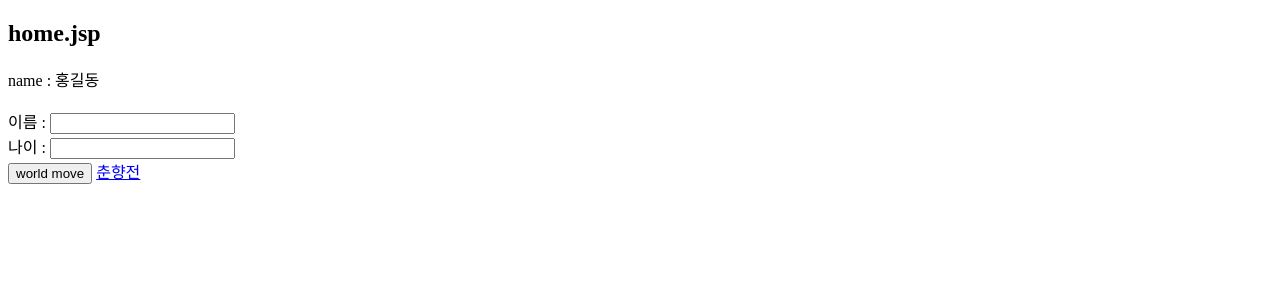
Repository: SanBu599/springFrameWorktest
Page: http://localhost/springSample2/home.do
These files come from the project's save history. The page is drawn as it stood at one moment and after the next save; the edit follows.
The browser window is 1280 px wide. The pictures show the whole page.
The page is served by Tomcat 9. Other server files are loaded and not shown.

Above is the page before, as saved 2023-07-11 05:43:47.

### springSample2/src/main/webapp/WEB-INF/views/home.jsp
<%@ page language="java" contentType="text/html; charset=UTF-8"
    pageEncoding="UTF-8"%>
<!DOCTYPE html>
<html>
<head>
<meta charset="UTF-8">
<title>Insert title here</title>
</head>
<body>
<h2>home.jsp</h2>


<%
	String name = (String)request.getAttribute("name");
%>
name : <%=name %>

<br><br>

<form action="world.do" method="post">
이름 : <input type="text" name="name"><br>
나이 : <input type="text" name="age"><br>
<input type="submit" value="world move">

<a href = "world.do?name="성춘향&age=16">춘향전</a>

<!--
	<a

	location.href
-->

</form>
</body>
</html>

After the next save:
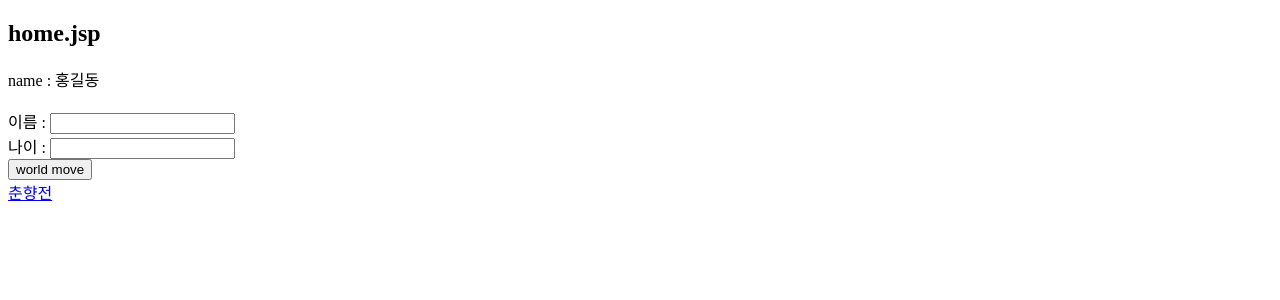
Saved 37 s later.
--- a/springSample2/src/main/webapp/WEB-INF/views/home.jsp
+++ b/springSample2/src/main/webapp/WEB-INF/views/home.jsp
@@ -22,7 +22,7 @@
 나이 : <input type="text" name="age"><br>
 <input type="submit" value="world move">
 
-<a href = "world.do?name="성춘향&age=16">춘향전</a>
+
 
 <!--
 	<a
@@ -31,5 +31,7 @@
 -->
 
 </form>
+
+<a href = "world.do?name="성춘향&age=16">춘향전</a>
 </body>
 </html>
